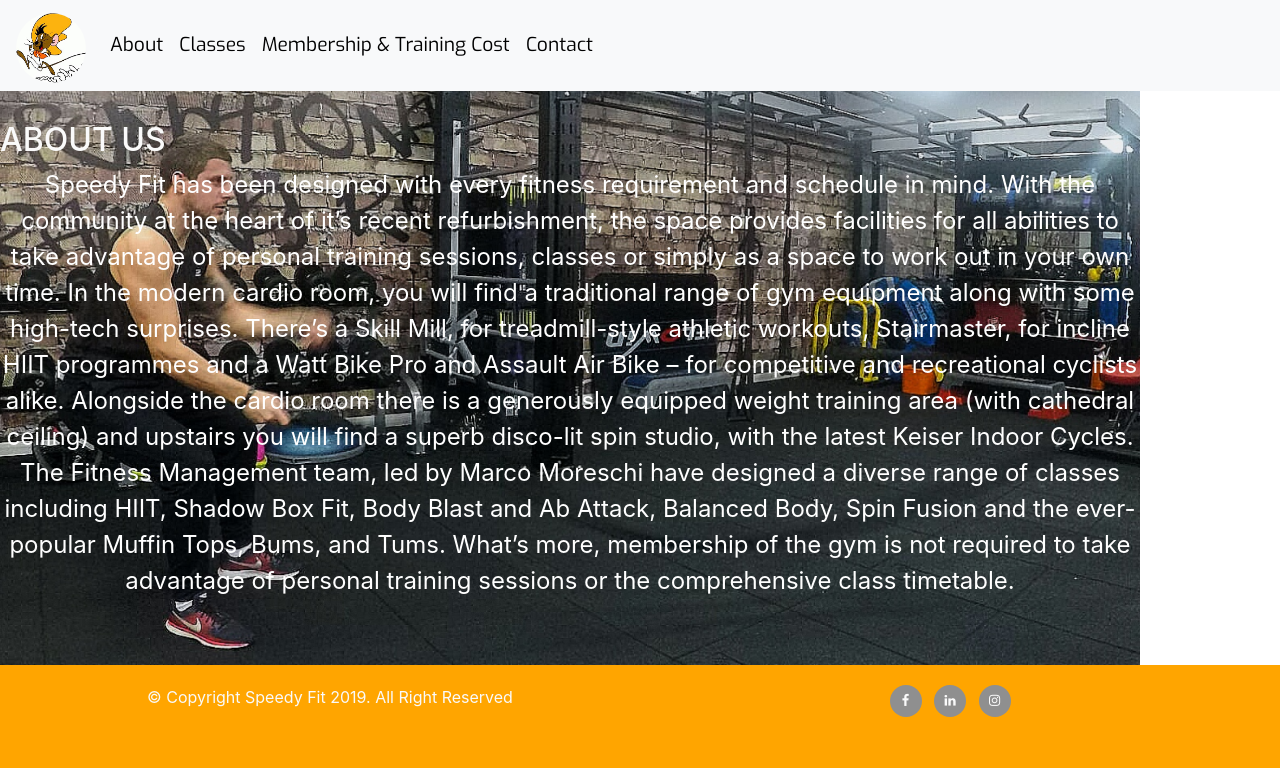
Repository: marcomoreschi/Milestrone-project
Page: index.html
The author's editor kept a record of every edit. The page is drawn from the files as they stood at one moment, then again after the next edit.
The browser window is 1280 px wide. The pictures show the whole page.
Some web libraries are served in a nearby version.

Above is the page before.

After the next edit:
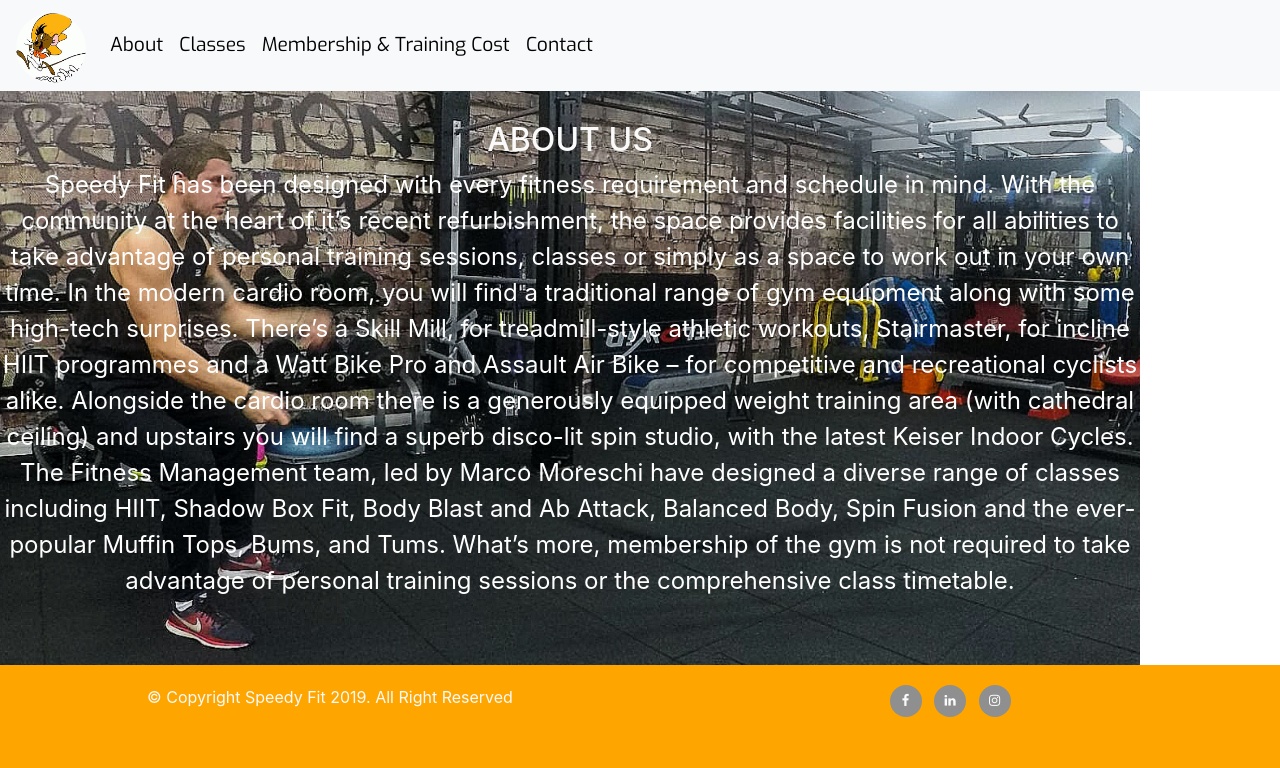
The edit:
--- a/index.html
+++ b/index.html
@@ -46,9 +46,9 @@
 
         <div class="row">
 
+        <h2 class="col-sm-12">About Us</h2>
 
-        <h2 class="hidden">About Us</h2>
-        <p>Speedy Fit has been designed with every fitness requirement and schedule in mind. With the community at the heart of it’s recent refurbishment, the space provides facilities for all abilities to take advantage of personal training sessions, classes
+        <p class"col-sm-12>Speedy Fit has been designed with every fitness requirement and schedule in mind. With the community at the heart of it’s recent refurbishment, the space provides facilities for all abilities to take advantage of personal training sessions, classes
             or simply as a space to work out in your own time. In the modern cardio room, you will find a traditional range of gym equipment along with some high-tech surprises. There’s a Skill Mill, for treadmill-style athletic workouts, Stairmaster,
             for incline HIIT programmes and a Watt Bike Pro and Assault Air Bike – for competitive and recreational cyclists alike. Alongside the cardio room there is a generously equipped weight training area (with cathedral ceiling) and upstairs you
             will find a superb disco-lit spin studio, with the latest Keiser Indoor Cycles. The Fitness Management team, led by Marco Moreschi have designed a diverse range of classes including HIIT, Shadow Box Fit, Body Blast and Ab Attack, Balanced
